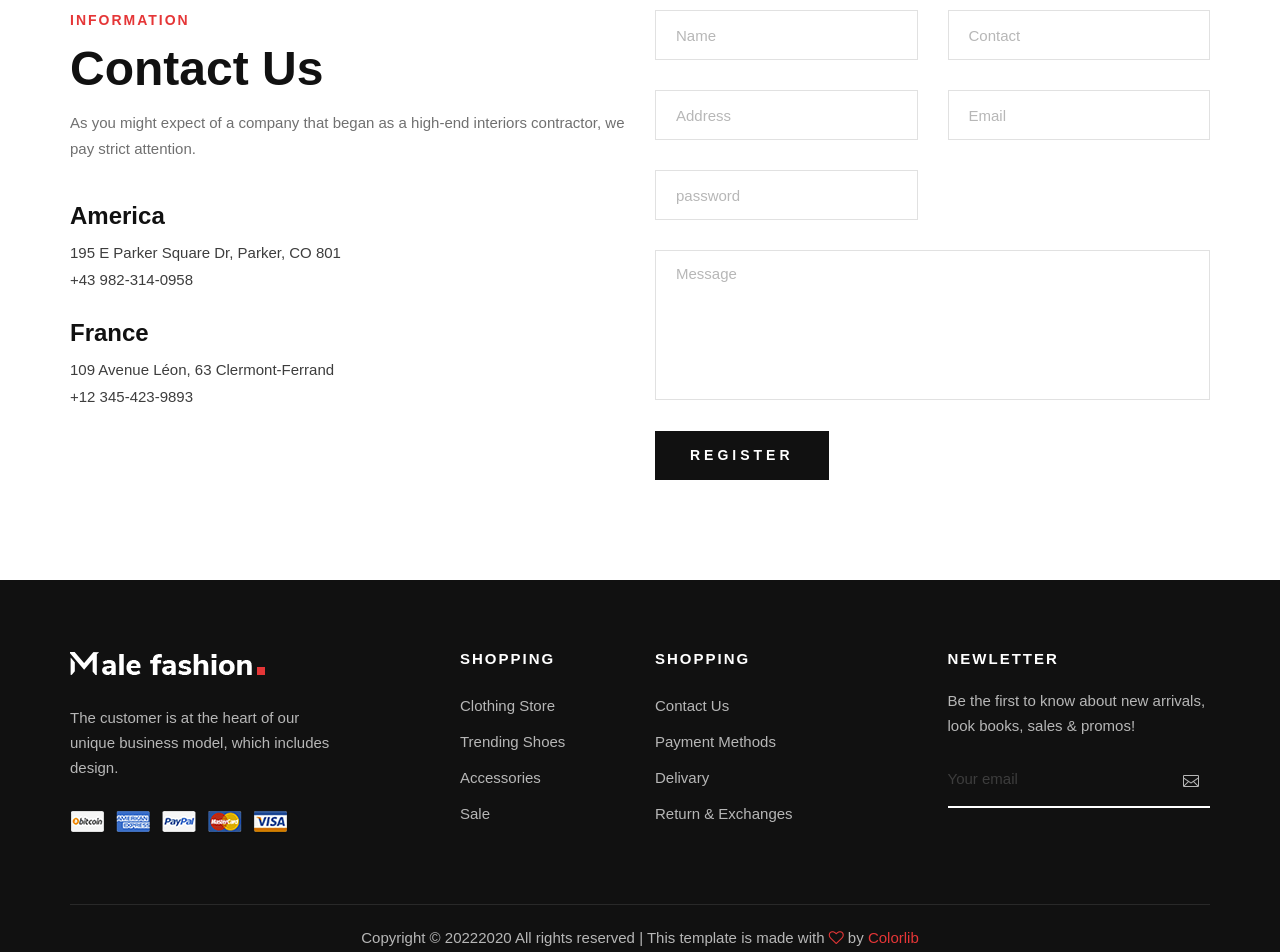
Repository: ArpanJain5/projects
Page: http://localhost/male_fashion/seller-registration.jsp
The author's editor kept a copy of each file at every save. The page is drawn from the files as they stood at one save, then again after the next save.
The browser window is 1280 px wide. The pictures show the part of the page from y = 720 to 1672 px (the page is 1690 px tall before and 1619 px after).
Some web fonts or font styles are not loaded; a fallback is used. The page is served by Tomcat 9. Other server files are loaded and not shown.

Above is the page before, as saved 2022-07-19 11:41:17.

### male fashion/src/main/webapp/seller-registration.jsp
<%@ page language="java" contentType="text/html; charset=UTF-8"
    pageEncoding="UTF-8"%>
<!DOCTYPE html>
<html lang="zxx">

<head>
    <meta charset="UTF-8">
    <meta name="description" content="Male_Fashion Template">
    <meta name="keywords" content="Male_Fashion, unica, creative, html">
    <meta name="viewport" content="width=device-width, initial-scale=1.0">
    <meta http-equiv="X-UA-Compatible" content="ie=edge">
    <title>Male-Fashion | Template</title>

    <!-- Google Font -->
    <link href="https://fonts.googleapis.com/css2?family=Nunito+Sans:wght@300;400;600;700;800;900&display=swap"
        rel="stylesheet">

    <!-- Css Styles -->
    <link rel="stylesheet" href="css/bootstrap.min.css" type="text/css">
    <link rel="stylesheet" href="css/font-awesome.min.css" type="text/css">
    <link rel="stylesheet" href="css/elegant-icons.css" type="text/css">
    <link rel="stylesheet" href="css/magnific-popup.css" type="text/css">
    <link rel="stylesheet" href="css/nice-select.css" type="text/css">
    <link rel="stylesheet" href="css/owl.carousel.min.css" type="text/css">
    <link rel="stylesheet" href="css/slicknav.min.css" type="text/css">
    <link rel="stylesheet" href="css/style.css" type="text/css">
</head>

<body>
    <!-- Page Preloder -->
    <div id="preloder">
        <div class="loader"></div>
    </div>

    <!-- Offcanvas Menu Begin -->
    <div class="offcanvas-menu-overlay"></div>
    <div class="offcanvas-menu-wrapper">
        <div class="offcanvas__option">
            <div class="offcanvas__links">
                <a href="#">Sign in</a>
                <a href="#">FAQs</a>
            </div>
            <div class="offcanvas__top__hover">
                <span>Usd <i class="arrow_carrot-down"></i></span>
                <ul>
                    <li>USD</li>
                    <li>EUR</li>
                    <li>USD</li>
                </ul>
            </div>
        </div>
        <div class="offcanvas__nav__option">
            <a href="#" class="search-switch"><img src="img/icon/search.png" alt=""></a>
            <a href="#"><img src="img/icon/heart.png" alt=""></a>
            <a href="#"><img src="img/icon/cart.png" alt=""> <span>0</span></a>
            <div class="price">$0.00</div>
        </div>
        <div id="mobile-menu-wrap"></div>
        <div class="offcanvas__text">
            <p>Free shipping, 30-day return or refund guarantee.</p>
        </div>
    </div>
    <!-- Offcanvas Menu End -->

    <!-- Header Section Begin -->
    <header class="header">
        <div class="header__top">
            <div class="container">
                <div class="row">
                    <div class="col-lg-6 col-md-7">
                        <div class="header__top__left">
                            <p>Free shipping, 30-day return or refund guarantee.</p>
                        </div>
                    </div>
                    <div class="col-lg-6 col-md-5">
                        <div class="header__top__right">
                            <div class="header__top__links">
                                <a href="#">Sign in</a>
                                <a href="#">FAQs</a>
                            </div>
                            <div class="header__top__hover">
                                <span>Usd <i class="arrow_carrot-down"></i></span>
                                <ul>
                                    <li>USD</li>
                                    <li>EUR</li>
                                    <li>USD</li>
                                </ul>
                            </div>
                        </div>
                    </div>
                </div>
            </div>
        </div>
        <div class="container">
            <div class="row">
                <div class="col-lg-3 col-md-3">
                    <div class="header__logo">
                        <a href="./index.html"><img src="img/logo.png" alt=""></a>
                    </div>
                </div>
                <div class="col-lg-6 col-md-6">
                    <nav class="header__menu mobile-menu">
                        <ul>
                            <li><a href="./index.html">Home</a></li>
                            <li><a href="./shop.html">Shop</a></li>
                            <li><a href="#">Pages</a>
                                <ul class="dropdown">
                                    <li><a href="./about.html">About Us</a></li>
                                    <li><a href="./shop-details.html">Shop Details</a></li>
                                    <li><a href="./shopping-cart.html">Shopping Cart</a></li>
                                    <li><a href="./checkout.html">Check Out</a></li>
                                </ul>
                            </li>
                            <li><a href="#">Registration</a>
                            <ul class="dropdown">
                                    <li><a href="seller-registration.jsp">Seller Registration</a></li>
                                    <li><a href="customer-registration.jsp">Customer Registration</a></li>
                                </ul>
                            </li>
                            <li class="active"><a href="./contact.html">Contacts</a></li>
                        </ul>
                    </nav>
                </div>
                <div class="col-lg-3 col-md-3">
                    <div class="header__nav__option">
                        <a href="#" class="search-switch"><img src="img/icon/search.png" alt=""></a>
                        <a href="#"><img src="img/icon/heart.png" alt=""></a>
                        <a href="#"><img src="img/icon/cart.png" alt=""> <span>0</span></a>
                        <div class="price">$0.00</div>
                    </div>
                </div>
            </div>
            <div class="canvas__open"><i class="fa fa-bars"></i></div>
        </div>
    </header>
    <!-- Header Section End -->

    <!-- Map Begin -->
    <div class="map">
        <iframe src="https://www.google.com/maps/embed?pb=!1m18!1m12!1m3!1d111551.9926412813!2d-90.27317134641879!3d38.606612219170856!2m3!1f0!2f0!3f0!3m2!1i1024!2i768!4f13.1!3m3!1m2!1s0x54eab584e432360b%3A0x1c3bb99243deb742!2sUnited%20States!5e0!3m2!1sen!2sbd!4v1597926938024!5m2!1sen!2sbd" height="500" style="border:0;" allowfullscreen="" aria-hidden="false" tabindex="0"></iframe>
    </div>
    <!-- Map End -->

    <!-- Contact Section Begin -->
    <section class="contact spad">
        <div class="container">
            <div class="row">
                <div class="col-lg-6 col-md-6">
                    <div class="contact__text">
                        <div class="section-title">
                            <span>Information</span>
                            <h2>Contact Us</h2>
                            <p>As you might expect of a company that began as a high-end interiors contractor, we pay
                                strict attention.</p>
                        </div>
                        <ul>
                            <li>
                                <h4>America</h4>
                                <p>195 E Parker Square Dr, Parker, CO 801 <br />+43 982-314-0958</p>
                            </li>
                            <li>
                                <h4>France</h4>
                                <p>109 Avenue Léon, 63 Clermont-Ferrand <br />+12 345-423-9893</p>
                            </li>
                        </ul>
                    </div>
                </div>
                <div class="col-lg-6 col-md-6">
                    <div class="contact__form">
                        <form action="#">
                            <div class="row">
                                <div class="col-lg-6">
                                    <input type="text" placeholder="Name">
                                </div>
                                <div class="col-lg-6">
                                    <input type="text" placeholder="Contact">
                                </div>
                                <div class="col-lg-6">
                                    <input type="text" placeholder="Address">
                                </div>
                                <div class="col-lg-6">
                                    <input type="text" placeholder="Email">
                                </div>
                                <div class="col-lg-6">
                                    <input type="password" placeholder="password">
                                </div>
                                <div class="col-lg-12">
                                    <textarea placeholder="Message"></textarea>
                                    <button type="submit" class="site-btn">Register</button>
                                </div>
                            </div>
                        </form>
                    </div>
                </div>
            </div>
        </div>
    </section>
    <!-- Contact Section End -->

    <!-- Footer Section Begin -->
    <footer class="footer">
        <div class="container">
            <div class="row">
                <div class="col-lg-3 col-md-6 col-sm-6">
                    <div class="footer__about">
                        <div class="footer__logo">
                            <a href="#"><img src="img/footer-logo.png" alt=""></a>
                        </div>
                        <p>The customer is at the heart of our unique business model, which includes design.</p>
                        <a href="#"><img src="img/payment.png" alt=""></a>
                    </div>
                </div>
                <div class="col-lg-2 offset-lg-1 col-md-3 col-sm-6">
                    <div class="footer__widget">
                        <h6>Shopping</h6>
                        <ul>
                            <li><a href="#">Clothing Store</a></li>
                            <li><a href="#">Trending Shoes</a></li>
                            <li><a href="#">Accessories</a></li>
                            <li><a href="#">Sale</a></li>
                        </ul>
                    </div>
                </div>
                <div class="col-lg-2 col-md-3 col-sm-6">
                    <div class="footer__widget">
                        <h6>Shopping</h6>
                        <ul>
                            <li><a href="#">Contact Us</a></li>
                            <li><a href="#">Payment Methods</a></li>
                            <li><a href="#">Delivary</a></li>
                            <li><a href="#">Return & Exchanges</a></li>
                        </ul>
                    </div>
                </div>
                <div class="col-lg-3 offset-lg-1 col-md-6 col-sm-6">
                    <div class="footer__widget">
                        <h6>NewLetter</h6>
                        <div class="footer__newslatter">
                            <p>Be the first to know about new arrivals, look books, sales & promos!</p>
                            <form action="#">
                                <input type="text" placeholder="Your email">
                                <button type="submit"><span class="icon_mail_alt"></span></button>
                            </form>
                        </div>
                    </div>
                </div>
            </div>
            <div class="row">
                <div class="col-lg-12 text-center">
                    <div class="footer__copyright__text">
                        <!-- Link back to Colorlib can't be removed. Template is licensed under CC BY 3.0. -->
                        <p>Copyright ©
                            <script>
                                document.write(new Date().getFullYear());
                            </script>2020
                            All rights reserved | This template is made with <i class="fa fa-heart-o"
                                aria-hidden="true"></i> by <a href="https://colorlib.com" target="_blank">Colorlib</a>
                        </p>
                        <!-- Link back to Colorlib can't be removed. Template is licensed under CC BY 3.0. -->
                    </div>
                </div>
            </div>
        </div>
    </footer>
    <!-- Footer Section End -->

    <!-- Search Begin -->
    <div class="search-model">
        <div class="h-100 d-flex align-items-center justify-content-center">
            <div class="search-close-switch">+</div>
            <form class="search-model-form">
                <input type="text" id="search-input" placeholder="Search here.....">
            </form>
        </div>
    </div>
    <!-- Search End -->

    <!-- Js Plugins -->
    <script src="js/jquery-3.3.1.min.js"></script>
    <script src="js/bootstrap.min.js"></script>
    <script src="js/jquery.nice-select.min.js"></script>
    <script src="js/jquery.nicescroll.min.js"></script>
    <script src="js/jquery.magnific-popup.min.js"></script>
    <script src="js/jquery.countdown.min.js"></script>
    <script src="js/jquery.slicknav.js"></script>
    <script src="js/mixitup.min.js"></script>
    <script src="js/owl.carousel.min.js"></script>
    <script src="js/main.js"></script>
</body>

</html>

Loaded but not shown: male fashion/src/main/webapp/css/bootstrap.min.css (library); male fashion/src/main/webapp/css/font-awesome.min.css (library); male fashion/src/main/webapp/css/magnific-popup.css (library); male fashion/src/main/webapp/css/nice-select.css (common file); male fashion/src/main/webapp/css/owl.carousel.min.css (library); male fashion/src/main/webapp/css/slicknav.min.css (common file); male fashion/src/main/webapp/js/jquery-3.3.1.min.js (library); male fashion/src/main/webapp/js/bootstrap.min.js (library); male fashion/src/main/webapp/js/jquery.nice-select.min.js (common file); male fashion/src/main/webapp/js/jquery.nicescroll.min.js (library); male fashion/src/main/webapp/js/jquery.magnific-popup.min.js (library); male fashion/src/main/webapp/js/jquery.countdown.min.js (library); male fashion/src/main/webapp/js/jquery.slicknav.js (library); male fashion/src/main/webapp/js/mixitup.min.js (library); male fashion/src/main/webapp/js/owl.carousel.min.js (library); male fashion/src/main/webapp/js/main.js (216 lines, source omitted); male fashion/src/main/webapp/css/style.css (3851 lines, source omitted); male fashion/src/main/webapp/css/elegant-icons.css (1157 lines, source omitted)

After the next save:
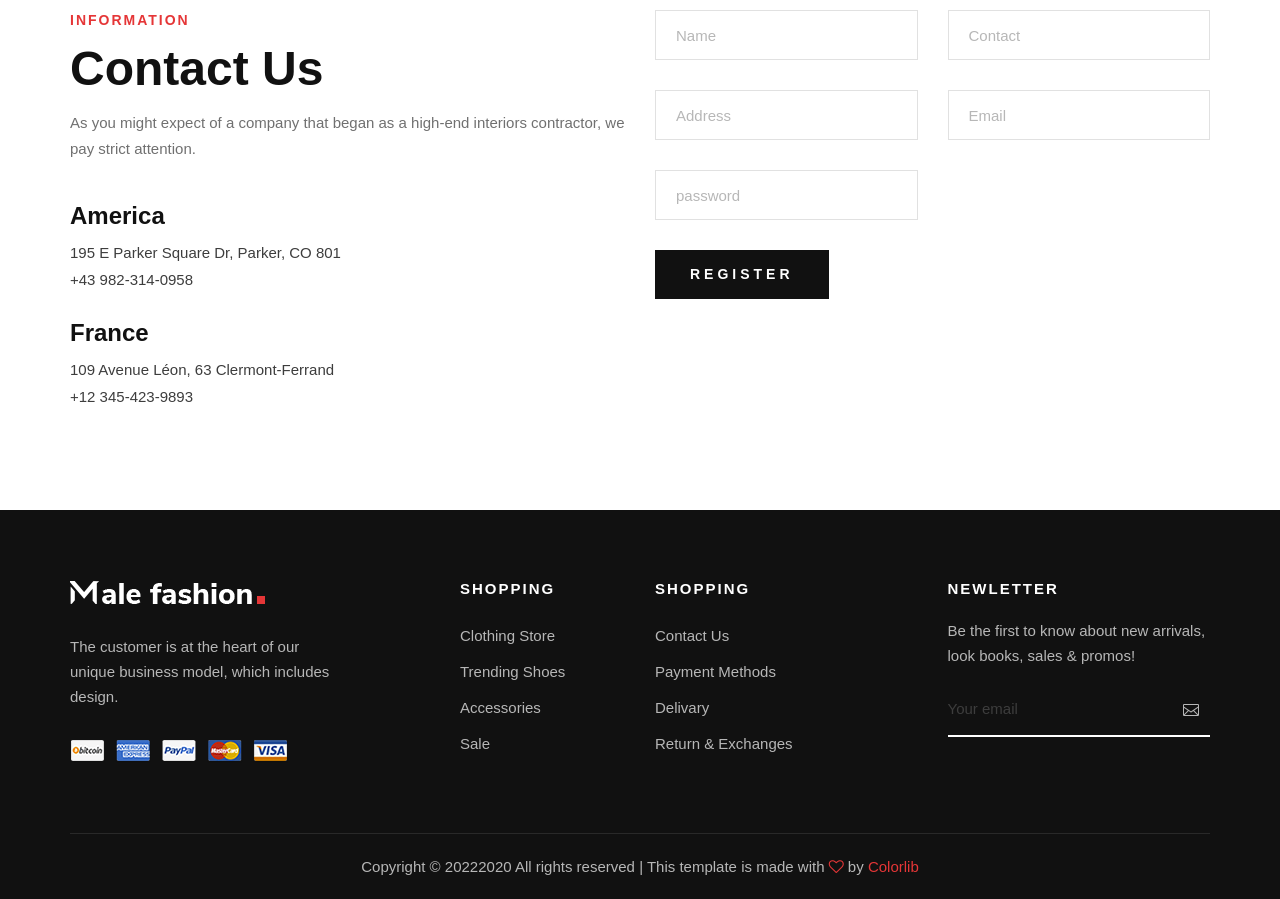
Saved 4 s later.
--- a/male fashion/src/main/webapp/seller-registration.jsp
+++ b/male fashion/src/main/webapp/seller-registration.jsp
@@ -185,7 +185,6 @@
                                     <input type="password" placeholder="password">
                                 </div>
                                 <div class="col-lg-12">
-                                    <textarea placeholder="Message"></textarea>
                                     <button type="submit" class="site-btn">Register</button>
                                 </div>
                             </div>
